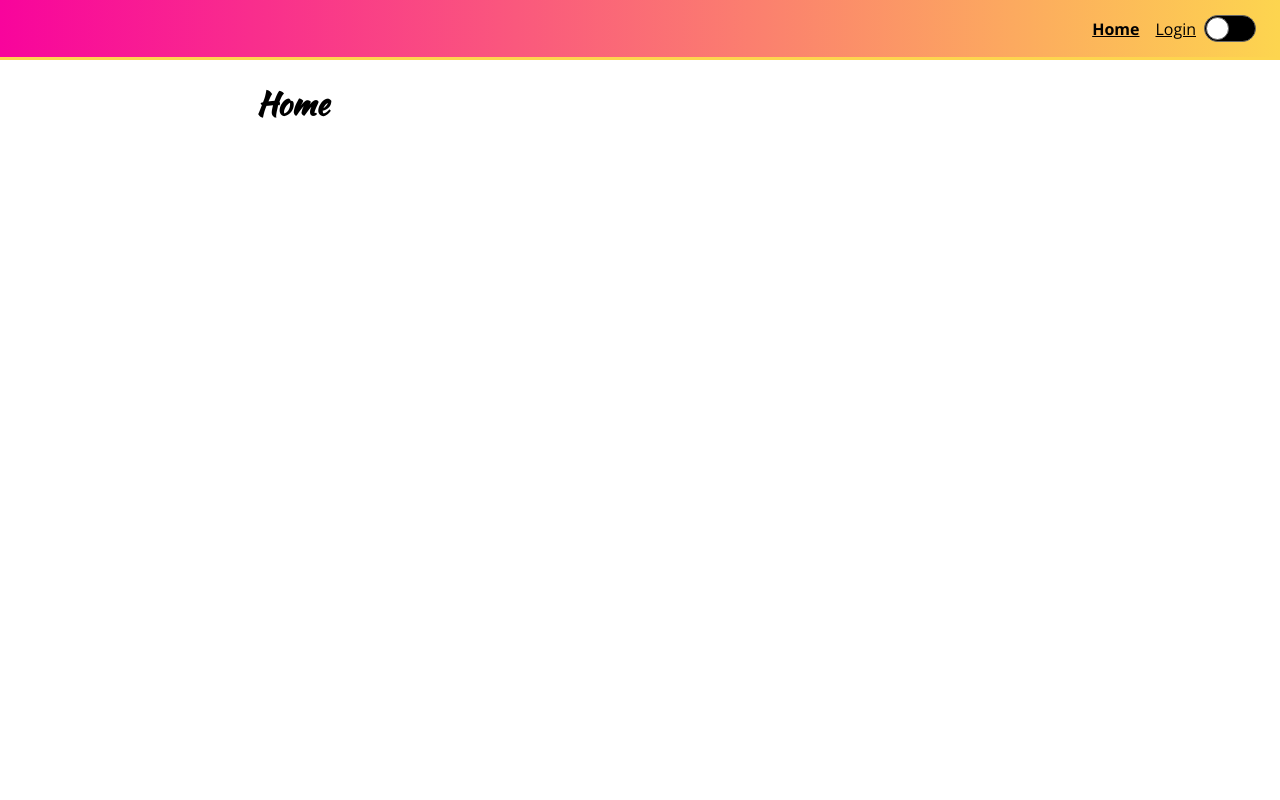
Repository: matehuslucena/styled-component-v5
Page: /
An editor plug-in stored every save of this project. The page is shown before and after a run of saves, followed by the edit.
The browser window is 1280 px wide. The pictures show the whole page.
The project was rebuilt for these pictures with package versions that can differ from the ones it lists, and the page was loaded fresh each time. Also part of the build but not shown: src/components/common/PasswordInput.js, src/components/pages/Login.js.

Above is the page before, as saved 2022-02-09 20:59:21.

### public/index.html
<!DOCTYPE html>
<html lang="en">
  <head>
    <meta charset="utf-8" />
    <link rel="icon" href="%PUBLIC_URL%/favicon.ico" />
    <meta name="viewport" content="width=device-width, initial-scale=1" />
    <meta name="theme-color" content="#000000" />
    <meta
      name="description"
      content="Web site created using create-react-app"
    />
    <link rel="apple-touch-icon" href="%PUBLIC_URL%/logo192.png" />
    <!--
      manifest.json provides metadata used when your web app is installed on a
      user's mobile device or desktop. See https://developers.google.com/web/fundamentals/web-app-manifest/
    -->
    <link rel="manifest" href="%PUBLIC_URL%/manifest.json" />
    <!--
      Notice the use of %PUBLIC_URL% in the tags above.
      It will be replaced with the URL of the `public` folder during the build.
      Only files inside the `public` folder can be referenced from the HTML.

      Unlike "/favicon.ico" or "favicon.ico", "%PUBLIC_URL%/favicon.ico" will
      work correctly both with client-side routing and a non-root public URL.
      Learn how to configure a non-root public URL by running `npm run build`.
    -->
    <title>React App</title>
    <link rel="preconnect" href="https://fonts.googleapis.com">
    <link rel="preconnect" href="https://fonts.gstatic.com" crossorigin>
    <link href="https://fonts.googleapis.com/css2?family=Kaushan+Script&display=swap" rel="stylesheet">
    <link rel="preconnect" href="https://fonts.googleapis.com">
    <link rel="preconnect" href="https://fonts.gstatic.com" crossorigin>
    <link href="https://fonts.googleapis.com/css2?family=Kaushan+Script&family=Open+Sans:ital,wght@0,300;0,400;0,500;0,600;0,700;0,800;1,300;1,400;1,500;1,600;1,700;1,800&display=swap" rel="stylesheet">
  </head>
  <body>
    <noscript>You need to enable JavaScript to run this app.</noscript>
    <div id="root"></div>
    <!--
      This HTML file is a template.
      If you open it directly in the browser, you will see an empty page.

      You can add webfonts, meta tags, or analytics to this file.
      The build step will place the bundled scripts into the <body> tag.

      To begin the development, run `npm start` or `yarn start`.
      To create a production bundle, use `npm run build` or `yarn build`.
    -->
  </body>
</html>

### src/index.js
import React from 'react';
import ReactDOM from 'react-dom';
import './index.css';
import App from 'components/App';

ReactDOM.render(
  <React.StrictMode>
    <App />
  </React.StrictMode>,
  document.getElementById('root')
);

### src/components/App.js
import React from "react";
import {createGlobalStyle, ThemeProvider} from 'styled-components';
import {BrowserRouter, Routes, Route} from 'react-router-dom';
import Home from 'components/pages/Home';
import Login from 'components/pages/Login';

const GlobalStyle = createGlobalStyle`
  body{
    background: white;
    min-height: 100vh;
    margin: 0;
    color: black;
    font-family: 'Kaushan Script';
  }
`

const theme = {
  primaryColor: '#f8049c',
  secondaryColor: '#fdd54f'
};

function App() {
  return (
    <ThemeProvider theme={theme}>
      <GlobalStyle />
      <BrowserRouter>
        <Routes>
          <Route path='/login' element={<Login />} />
          <Route path='/' element={<Home />}/>
        </Routes>
      </BrowserRouter>
    </ThemeProvider>
  );
}

export default App;

### src/components/pages/Home.js
import {PageLayout} from "components/common";
import React from "react";

const Home = () => {
  return (
    <PageLayout>
      <h1>Home</h1>
    </PageLayout>
  );
};

export default Home;

### src/components/common/index.js
export * from './Button';
export * from './PageLayout';
export * from './Header';
export * from './Input';
export * from './PasswordInput';
export * from './Spinner';
export * from './Toggle';

### src/components/common/Button.js
import styled, {css} from 'styled-components';

const Button = styled.button`
  color: white;
  background: ${p => p.secondary ? p.theme.secondaryColor: p.theme.primaryColor};
  font-weight: bold;
  ${p => p.large ? css`
  padding: 10px;
  border-radius: 5px;
  font-size: 1.5em;
  ` : css`
  padding: 8px;
  border-radius: 4px;
  font-size: 1em;
  `}
  box-shadow: none;
  border: none;
  width: 100%;
  display: block;
  white-space: none;

  &:disabled{
    background: #eee;
    color: #666;
  }
`;

export {Button};

### src/components/common/PageLayout.js
import React from "react";
import styled from "styled-components";
import Header from "./Header";

const Content = styled.main`
  max-width: 800px;
  margin: 80px auto 0 auto;
  padding: 0 16px;
  box-sizing: border-box;
  font-family: "Open Sans";

  h1,
  h2,
  h3,
  h4,
  h5,
  h6 {
    font-family: "Kaushan Script";
  }
`;

const PageLayout = ({ children }) => {
  return (
    <>
      <Header/>
      <Content>{children}</Content>
    </>
  );
};

export {PageLayout};

### src/components/common/Header.js
import React, { useState } from "react";
import styled from "styled-components";
import { Link as ReactRouterDomLink, useLocation } from "react-router-dom";
import {Toggle} from './Toggle';

const HeaderWrapper = styled.header`
  height: 60px;
  width: 100%;
  box-sizing: border-box;
  display: flex;
  padding: 0 16px;
  position: fixed;
  top: 0;
  background-image: linear-gradient(to right, ${p => p.theme.primaryColor}, ${p => p.theme.secondaryColor});
  border-bottom: 3px solid ${p => p.theme.secondaryColor};
`;

const Menu = styled.nav`
  display: ${p => p.open ? 'block' : 'none'};
  font-family: "Open Sans";
  position: absolute;
  width: 100%;
  top: 60px;
  left: 0px;
  padding: 8px;
  box-sizing: border-box;
  border-bottom: 3px solid #fdd54f;
  background: white;

  @media(min-width:768px){
    display: flex;
    background: none;
    left: initial;
    top: initial;
    position: relative;
    width: initial;
    border-bottom: none;
    margin: auto 0 auto auto;
  }
`;

const Link = ({isActive, children, ...props}) => {
  return(
    <ReactRouterDomLink {...props}>
      {children}
    </ReactRouterDomLink>
  )
};

const StyledLink = styled(Link)`
  padding: 4px 8px;
  display: block;
  text-align: center;
  box-sizing: border-box;
  margin: auto 0;
  font-weight: ${p => p.isActive? 'bold' : 'normal'};
  color: black;
`

const MobileMenuIcon = styled.div`
  margin: auto 0 auto auto;
  width: 25px;
  min-width: 25px;
  padding: 5px;

  >div{
    height: 3px;
    background: black;
    margin: 5px 0;
    width: 100%;
  }

  @media(min-width: 768px) {
    display: none;
  }
`;

const Header = () => {
  const {pathname} = useLocation();
  const [menuOpen, setMenuOpen] = useState(false);

  return (
    <HeaderWrapper>
      <MobileMenuIcon onClick={() => {setMenuOpen(s => !s)}}>
        <div />
        <div />
        <div />
      </MobileMenuIcon>
      <Menu open={menuOpen}>
        <StyledLink to="/" isActive={pathname === '/'}>Home</StyledLink>
        <StyledLink to="/login" isActive={pathname === '/login'}>Login</StyledLink>
        <Toggle />
      </Menu>
    </HeaderWrapper>
  );
};

export default Header;

### src/components/common/Input.js
import styled from 'styled-components';

const Input = styled.input`
  padding: 4px 8px;
  border: 1px solid #ccc;
  border-radius: 4px;
  font-size: 1em;
  font-family: 'Open Sans';
  margin-bottom: 8px;
  width: 100%;
  box-sizing: border-box;
  height: 40px;
`;

export {Input}

### src/components/common/Spinner.js
import styled,{keyframes} from 'styled-components';

const rotation=keyframes`
  from{
    transform:rotate(0deg);
  }

  to{
    transform:rotate(360deg);
  }
`;


const Spinner = styled.div`
  height: 30px;
  width: 30px;
  border: 1px solid #f8049c;
  border-radius: 50%;
  border-top: none;
  border-right: none;
  margin: 16px auto;
  animation: ${rotation} 1s linear infinite;
`;

export {Spinner}

### src/components/common/Toggle.js
import React from 'react';
import styled from 'styled-components';

const ToggleWrapper = styled.div`
  width: 50px;
  min-width: 50px;
  height: 25px;
  border-radius: 25px;
  border: 1px solid #666;
  margin: auto;
  display: flex;
  background: black;
`;

const Notch = styled.div`
  height: 21px;
  width: 21px;
  border: 1px solid #666;
  margin-top: 1px;
  background: white;
  border-radius: 50%;
  transition: transform 0.1s linear;
  transform: translate(${p => p.isActive ? '26px' : '1px'})
`

const Toggle = ({isActive}) => {
  return(
    <ToggleWrapper>
      <Notch isActive={isActive}/>
    </ToggleWrapper>
  )
}

export {Toggle}

Loaded but not shown: src/index.css (common file)

After the next 2 saves:
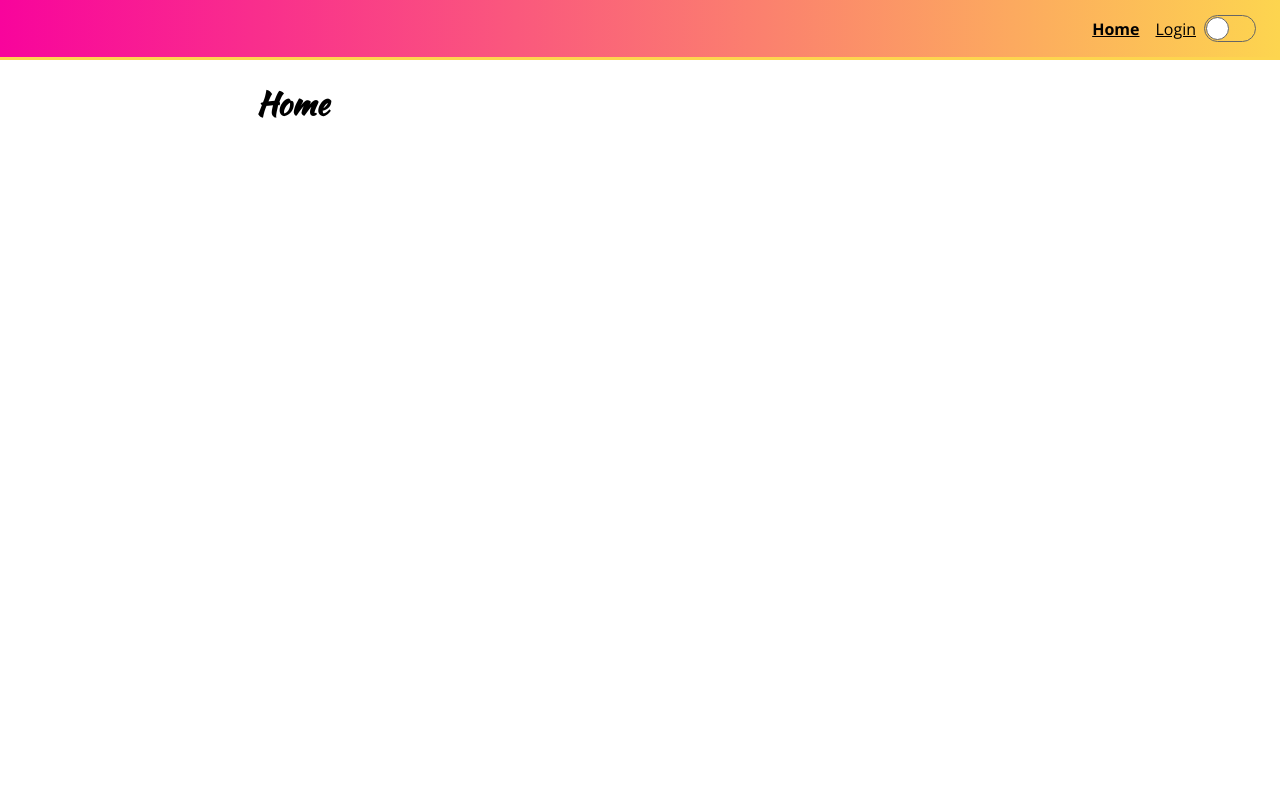
The 2 saves are shown as one change because 1 did not build or start.
The last was saved 2 min 1 s later.
--- a/src/components/common/Toggle.js
+++ b/src/components/common/Toggle.js
@@ -9,7 +9,7 @@ const ToggleWrapper = styled.div`
   border: 1px solid #666;
   margin: auto;
   display: flex;
-  background: black;
+  background-image: linear-gradient(to bottom ${p => p.theme.primaryColor}, ${p => p.theme.secondaryColor});
 `;
 
 const Notch = styled.div`
